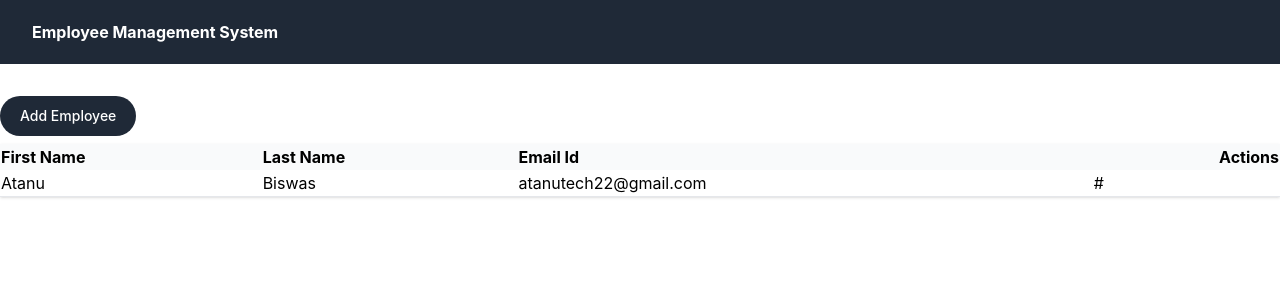
Repository: Atanu484/Full-Stack-Employee-Management-System
Page: / (app in employee-system-frontend/)
The author's editor kept a copy of each file at every save. The page is drawn from the files as they stood at one save, then again after the next save.
The browser window is 1280 px wide. The pictures show the whole page.
The project was rebuilt for these pictures with package versions that can differ from the ones it lists, and the page was loaded fresh each time. Also part of the build but not shown: employee-system-frontend/src/App.css, employee-system-frontend/src/services/EmployeeService.js, employee-system-frontend/src/components/AddEmployee.js.

Above is the page before, as saved 2022-08-15 05:04:40.

After the next save:
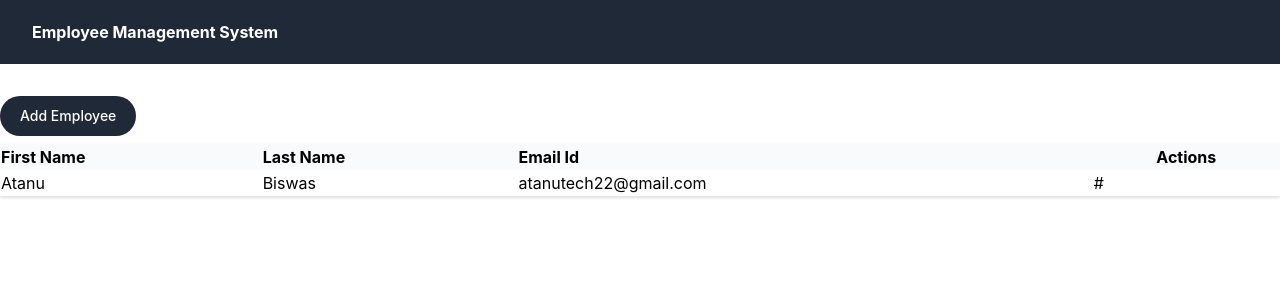
Saved 57 s later.
--- a/employee-system-frontend/src/components/EmployeeList.js
+++ b/employee-system-frontend/src/components/EmployeeList.js
@@ -13,7 +13,7 @@ const EmployeeList = () => {
                             <th className='text-left'>First Name</th>
                             <th className='text-left'>Last Name</th>
                             <th className='text-left'>Email Id</th>
-                            <th className="text-right">Actions</th>
+                            <th className="">Actions</th>
                         </tr>
                     </thead>
                     <tbody className='bg-white'>
